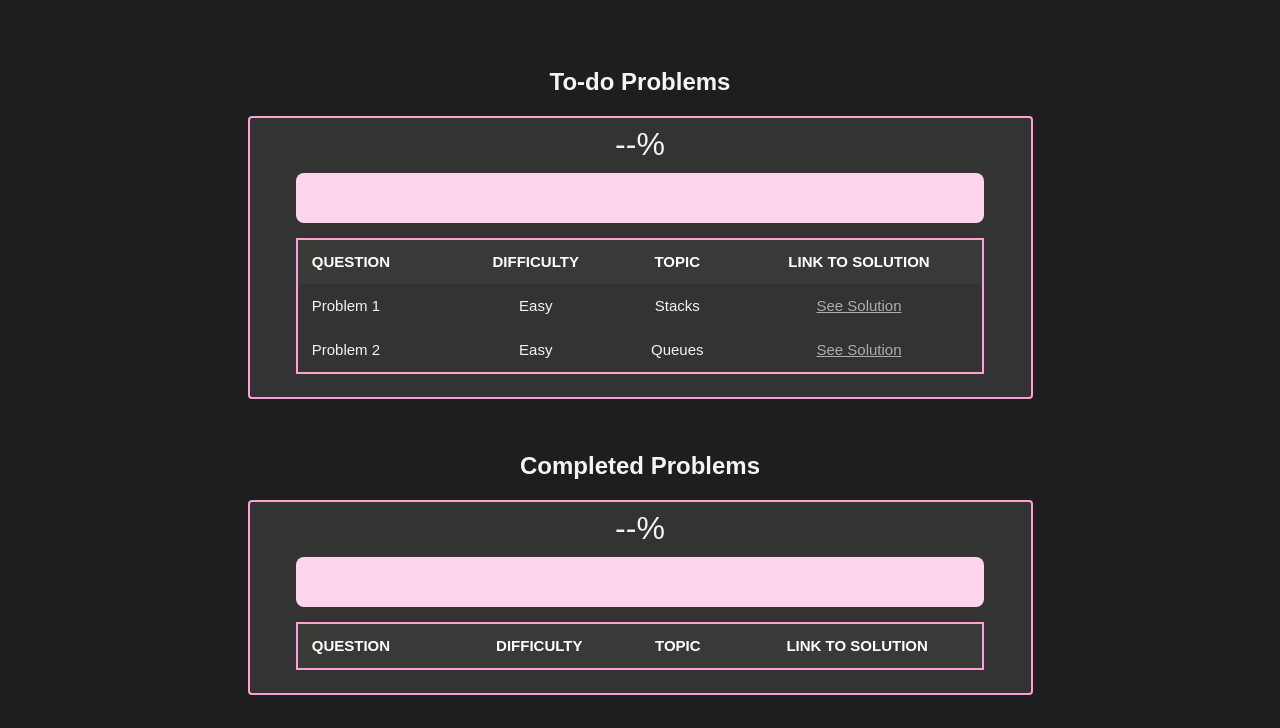
Repository: bbrockbrown/leet-code-tracker
Page: index.html
The author's editor kept a copy of each file at every save. The page is drawn from the files as they stood at one save, then again after the next save.
The browser window is 1280 px wide. The pictures show the whole page.

Above is the page before, as saved 2024-07-28 19:11:34.

After the next save:
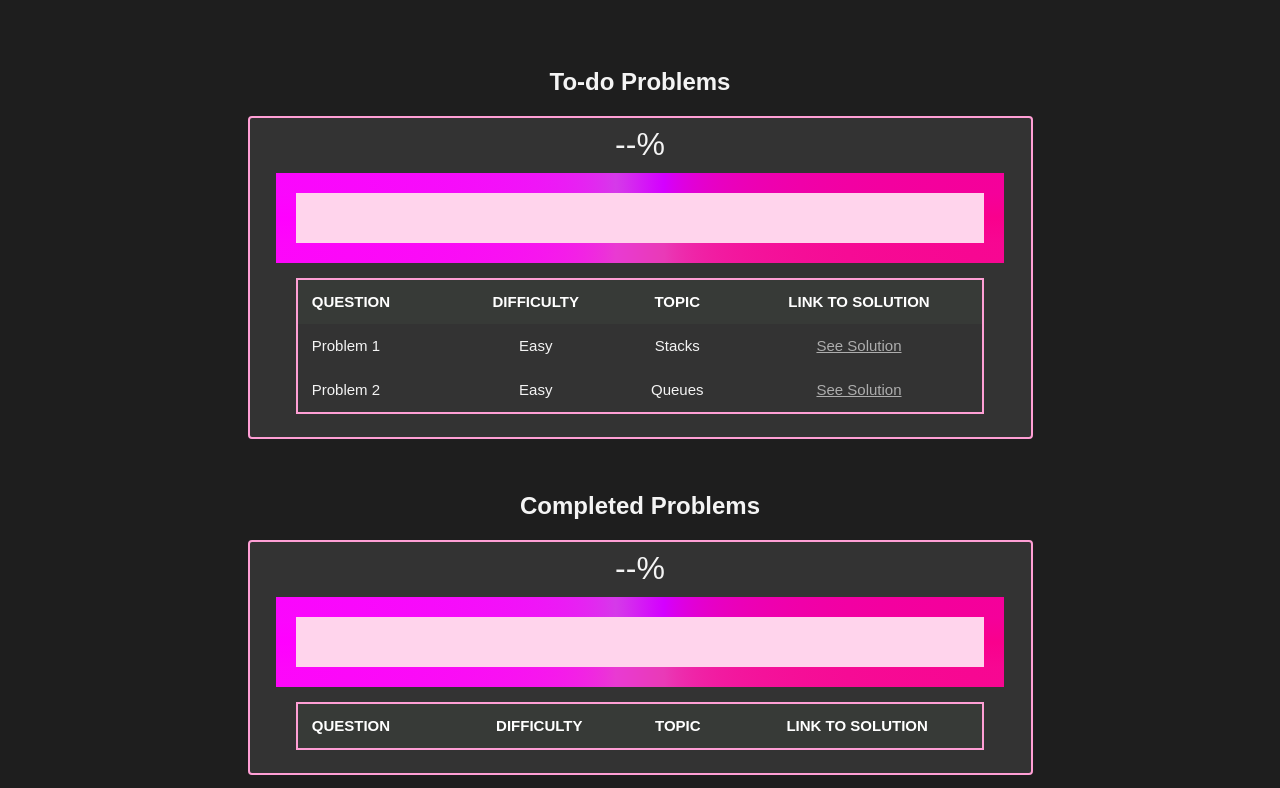
Saved 6 s later.
--- a/styles.css
+++ b/styles.css
@@ -107,7 +107,7 @@ body {
     --magenta: magenta;
     --purple: rgb(213, 58, 233);
     --very-purple: rgb(212, 0, 255);
-	border: 20 px solid;
+	border: 20px solid;
 	border-image: conic-gradient(from var(--angle), var(--very-pink), var(--pink), var(--pinkish-purple), var(--magenta), var(--purple), var(--very-purple), var(--very-pink)) 1;
 	animation: 4s rotate linear infinite;
 }
